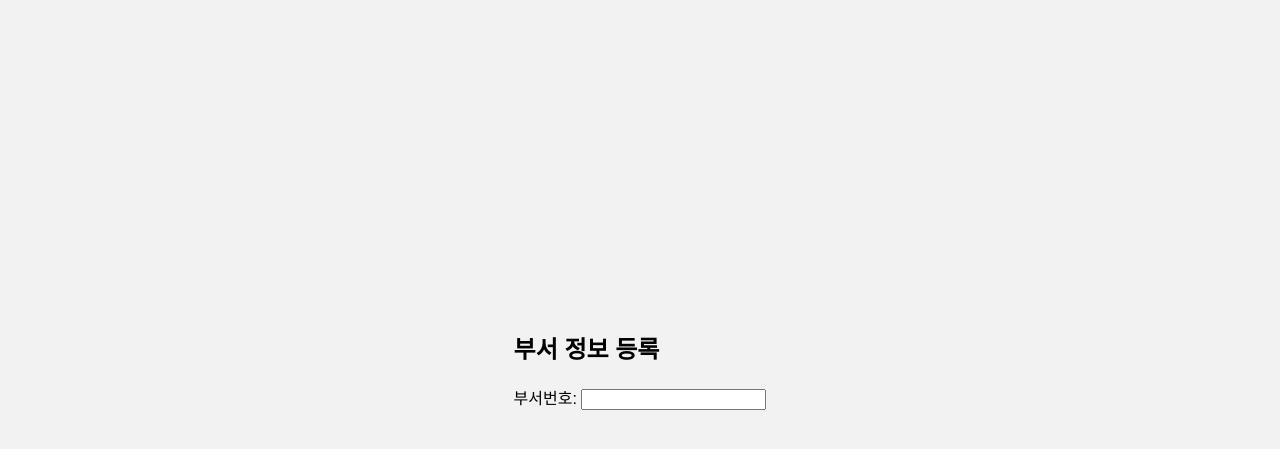
Repository: heyJSH/Study_java_web_sol
Page: http://localhost/jspweb_08/depform.jsp
An editor plug-in stored every save of this project. The page is shown before and after the next save, followed by the edit.
The browser window is 1280 px wide. The pictures show the whole page.
The page is served by Tomcat 9. Other server files are loaded and not shown.

Above is the page before, as saved 2024-01-12 04:23:31.

### workspace_stsb/jspweb_08/src/main/webapp/depform.jsp
<!-- 서버에서 부서 정보를 입력/전송하는 JSP -->
<%@ page language="java" contentType="text/html; charset=UTF-8"
    pageEncoding="UTF-8"%>
<!DOCTYPE html>
<html>
<head>
<meta charset="UTF-8">
<title>Insert title here</title>

<!-- 작성한 폼에 스타일 적용 -->
<style>
	body {
		font-family: Arial, sans-serif;
		background-color: #f2f2f2;
		margin: 0;
        padding: 0;
        display: flex;
        justify-content: center;
        align-items: center;
        height: 100vh;
	}

</style>
</head>

<body>
<!-- JS -->
<script src="js/jquery-3.7.1.min.js"></script>
<!-- 직원 정보 등록할 폼 작성 -->
<div class="department-form">
	<h2>부서 정보 등록</h2>
	<form action="departmentForm">
		<label for="depid">부서번호:</label>
		<input type="text" id="depid" name="depid" required>
	</form>
</div>
</body>
</html>

Loaded but not shown: workspace_stsb/jspweb_08/src/main/webapp/js/jquery-3.7.1.min.js (library)

After the next save:
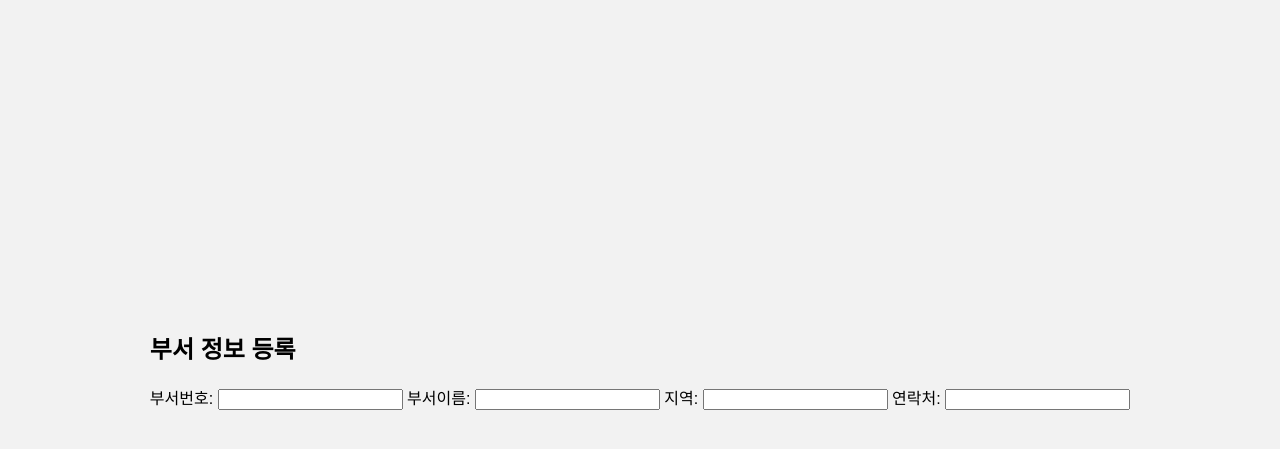
Saved 83 s later.
--- a/workspace_stsb/jspweb_08/src/main/webapp/depform.jsp
+++ b/workspace_stsb/jspweb_08/src/main/webapp/depform.jsp
@@ -32,6 +32,15 @@
 	<form action="departmentForm">
 		<label for="depid">부서번호:</label>
 		<input type="text" id="depid" name="depid" required>
+
+		<label for="name">부서이름:</label>
+		<input type="text" id="name" name="name" required>
+
+		<label for="location">지역:</label>
+		<input type="text" id="location" name="location" required>
+
+		<label for="contact">연락처:</label>
+		<input type="text" id="contact" name="contact" required>
 	</form>
 </div>
 </body>
